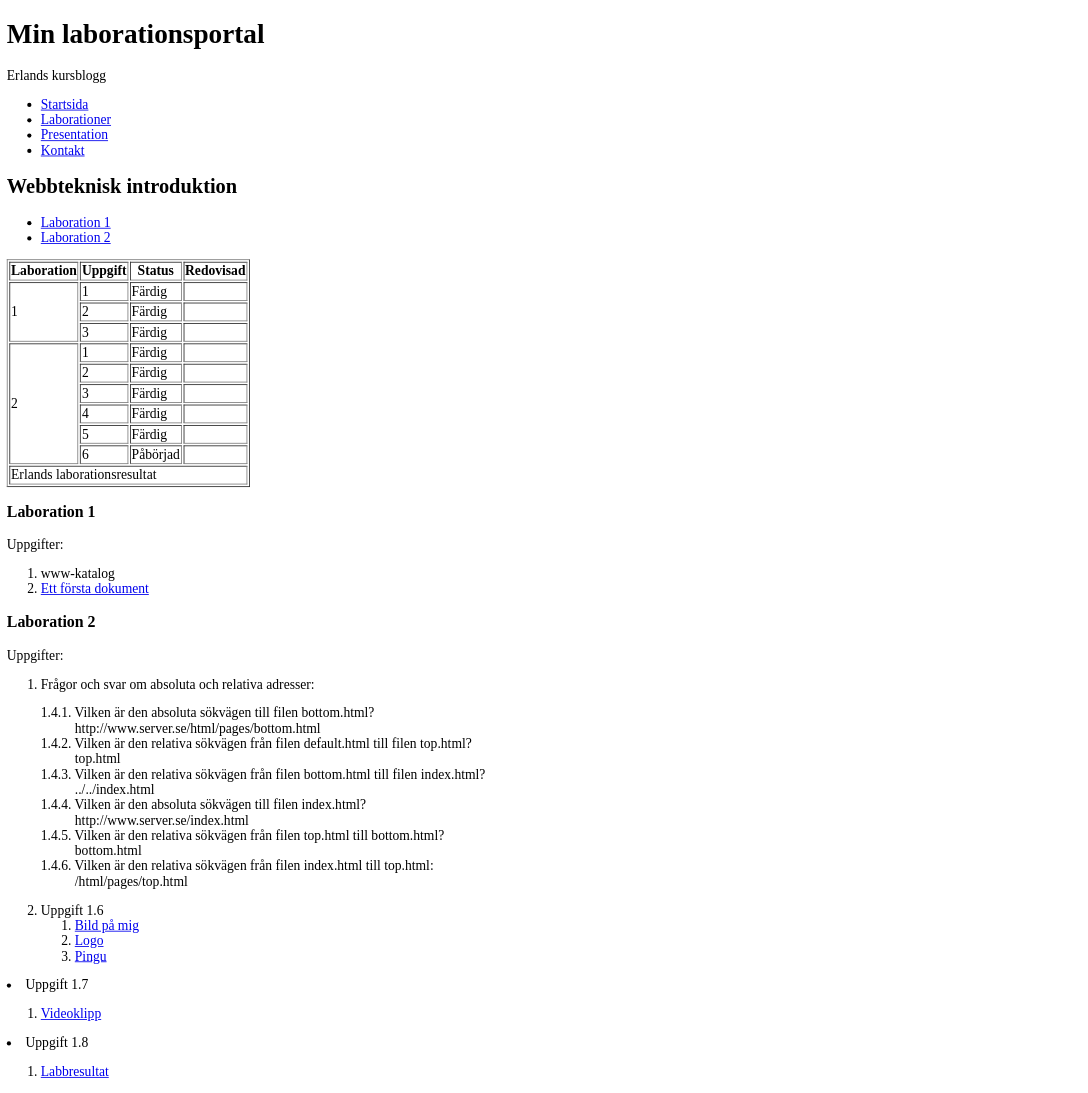
Repository: ej222ru/1IK415-laborationer
Page: pages/laborationer.html
The author's editor kept a record of every edit. The page is drawn from the files as they stood at one moment, then again after the next edit.
The browser window is 1280 px wide. The pictures show the whole page, at 85% of full size.

Above is the page before.

### pages/laborationer.html
<!doctype html>
<html lang="sv">
    <head>
        <meta charset="utf-8" />
        <title>Erlands kursblogg</title>
    </head>
    <body>
    <h1>Min laborationsportal</h1>

    <p>Erlands kursblogg</p>
        <ul>
            <li><a href="../index.html">Startsida</a></li>
            <li><a href="laborationer.html">Laborationer</a></li>
            <li><a href="presentation.html">Presentation</a></li>
            <li><a href="kontakt.html">Kontakt</a></li>
        </ul>
        <h2>Webbteknisk introduktion</h2>
        <ul>
            <li><a href="#Laboration1">Laboration 1</a></li>
            <li><a href="#Laboration2">Laboration 2</a></li>
        </ul>
        <table border=1 id="Labbresultat">
            <thead>
                <tr>
                   <th>Laboration</th>
                   <th>Uppgift</th>
                   <th>Status</th>
                   <th>Redovisad</th>
                </tr>
            </thead>
            <tfoot>
                <tr>
                    <td colspan=4>Erlands laborationsresultat</td>
                </tr>
            </tfoot>
            <tbody>
                <tr>
                    <td rowspan=3>1</td>
                    <td>1</td>
                    <td>Färdig</td>
                    <td></td>
                </tr>
                <tr>
                    <td>2</td>
                    <td>Färdig</td>
                    <td></td>
                </tr>
                <tr>
                    <td>3</td>
                    <td>Färdig</td>
                    <td></td>
                </tr>
                <tr>
                    <td rowspan=6>2</td></td>
                    <td>1</td>
                    <td>Färdig</td>
                    <td></td>
                </tr>
                <tr>
                    <td>2</td>
                    <td>Färdig</td>
                    <td></td>
                </tr>
                <tr>
                    <td>3</td>
                    <td>Färdig</td>
                    <td></td>
                </tr>
                <tr>
                    <td>4</td>
                    <td>Färdig</td>
                    <td></td>
                </tr>
                <tr>
                    <td>5</td>
                    <td>Färdig</td>
                    <td></td>
                </tr>
                <tr>
                    <td>6</td>
                    <td>Påbörjad</td>
                    <td></td>
                </tr>
            </tbody>
        </table>
        <h3>Laboration 1 <a id="Laboration1"></a></h3>
        <p>Uppgifter:</p>
        <ol>
            <li>www-katalog</li>
            <li><a href="presentation.html">Ett första dokument</a></li>
        </ol>
        <h3>Laboration 2 <a id="Laboration2"></a></h3>
        <p>Uppgifter:</p>
        <ol>
            <li>Frågor och svar om absoluta och relativa adresser:
                <dl>
                <dt>1.4.1. Vilken är den absoluta sökvägen till filen bottom.html? </dt>
                <dd>http://www.server.se/html/pages/bottom.html</dd>
                <dt>1.4.2. Vilken är den relativa sökvägen från filen default.html till filen top.html? </dt>
                <dd>top.html</dd>
                <dt>1.4.3. Vilken är den relativa sökvägen från filen bottom.html till filen index.html? </dt>
                <dd>../../index.html</dd>
                <dt>1.4.4. Vilken är den absoluta sökvägen till filen index.html? </dt>
                <dd>http://www.server.se/index.html</dd>
                <dt>1.4.5. Vilken är den relativa sökvägen från filen top.html till bottom.html? </dt>
                <dd>bottom.html</dd>
                <dt>1.4.6. Vilken är den relativa sökvägen från filen index.html till top.html:</dt>
                <dd>/html/pages/top.html</dd>
                </dl>
            </li>
        <li>Uppgift 1.6
            <ol>
                <li><a href="presentation.html#BildMig">Bild på mig</a></li>
                <li><a href="../pics/ErlandLogo.png">Logo</a></li>
                <li><a href="../index.html#BildPingu">Pingu</a></li>
            </ol>
        </li>
        </ol>
        <li>Uppgift 1.7
            <ol>
                <li><a href="../index.html#Videoklipp">Videoklipp</a>
                </li>
            </ol>
        </li>
        <li>Uppgift 1.8
            <ol>
                <li><a href="#Labbresultat">Labbresultat</a>
                </li>
            </ol>
        </li>
      </body>
</html>

After the next edit:
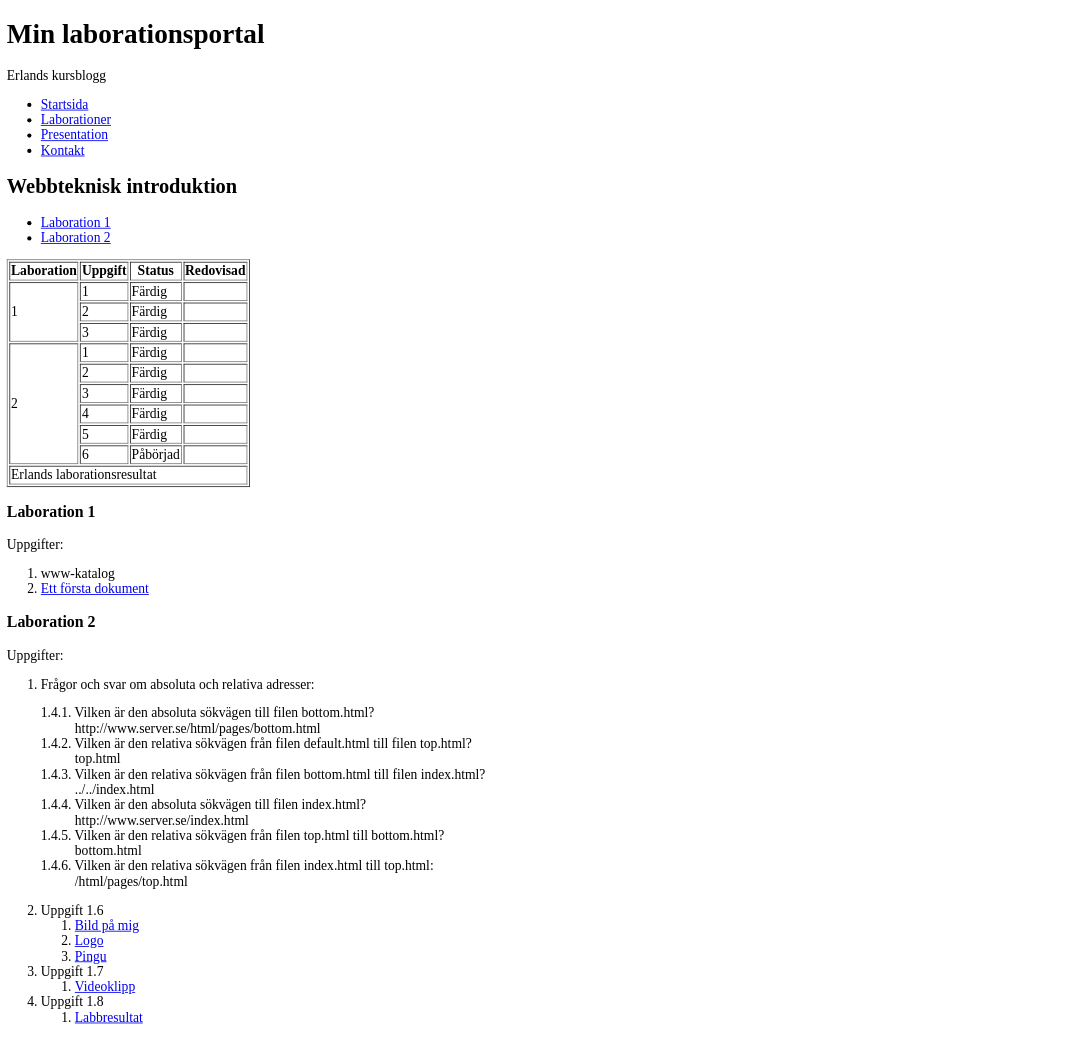
The edit:
--- a/pages/laborationer.html
+++ b/pages/laborationer.html
@@ -115,7 +115,7 @@
                 <li><a href="../index.html#BildPingu">Pingu</a></li>
             </ol>
         </li>
-        </ol>
+
         <li>Uppgift 1.7
             <ol>
                 <li><a href="../index.html#Videoklipp">Videoklipp</a>
